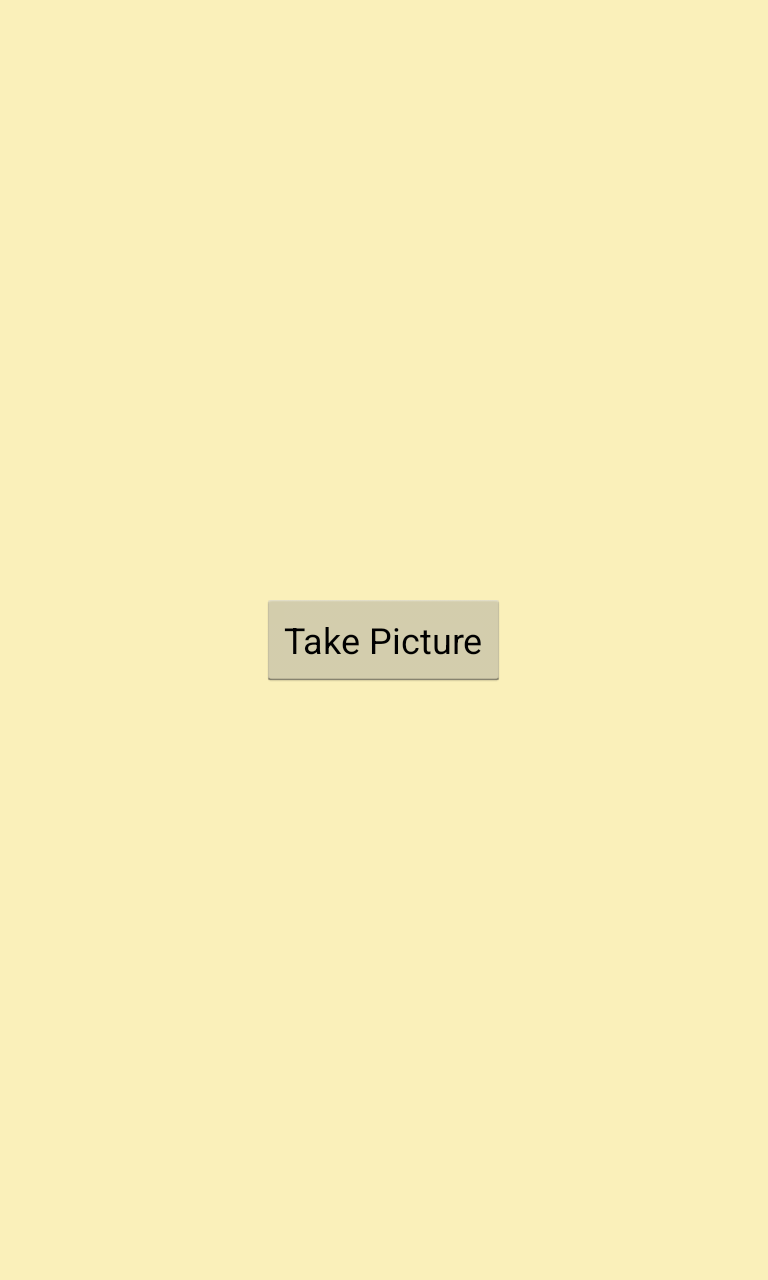
Repository: jemcphe/MDF3
Layout: Week2 Project/Pictcha/res/layout/activity_main.xml
These files come from the project's save history. The layout is drawn as it stood at one moment and after the next save; the edit follows.
It is drawn on a 768 x 1280 px phone screen (xhdpi) without system bars, with theme AppTheme; the app's code is not run.

Above is the layout before, as saved 2013-07-18 00:08:34.

### Week2 Project/Pictcha/res/layout/activity_main.xml
<RelativeLayout xmlns:android="http://schemas.android.com/apk/res/android"
    xmlns:tools="http://schemas.android.com/tools"
    android:layout_width="match_parent"
    android:layout_height="match_parent"
    android:paddingBottom="@dimen/activity_vertical_margin"
    android:paddingLeft="@dimen/activity_horizontal_margin"
    android:paddingRight="@dimen/activity_horizontal_margin"
    android:paddingTop="@dimen/activity_vertical_margin"
    tools:context=".MainActivity"
    android:background="#faf0ba" >

    <Button
        android:id="@+id/button1"
        android:layout_width="wrap_content"
        android:layout_height="wrap_content"
        android:layout_centerHorizontal="true"
        android:layout_centerVertical="true"
        android:text="Take Picture" />

</RelativeLayout>

Loaded but not shown: Week2 Project/Pictcha/res/values/styles.xml (common file); Week2 Project/Pictcha/res/values-v11/styles.xml (common file); Week2 Project/Pictcha/res/values-v14/styles.xml (common file); Week2 Project/Pictcha/res/values/dimens.xml (common file)

After the next save:
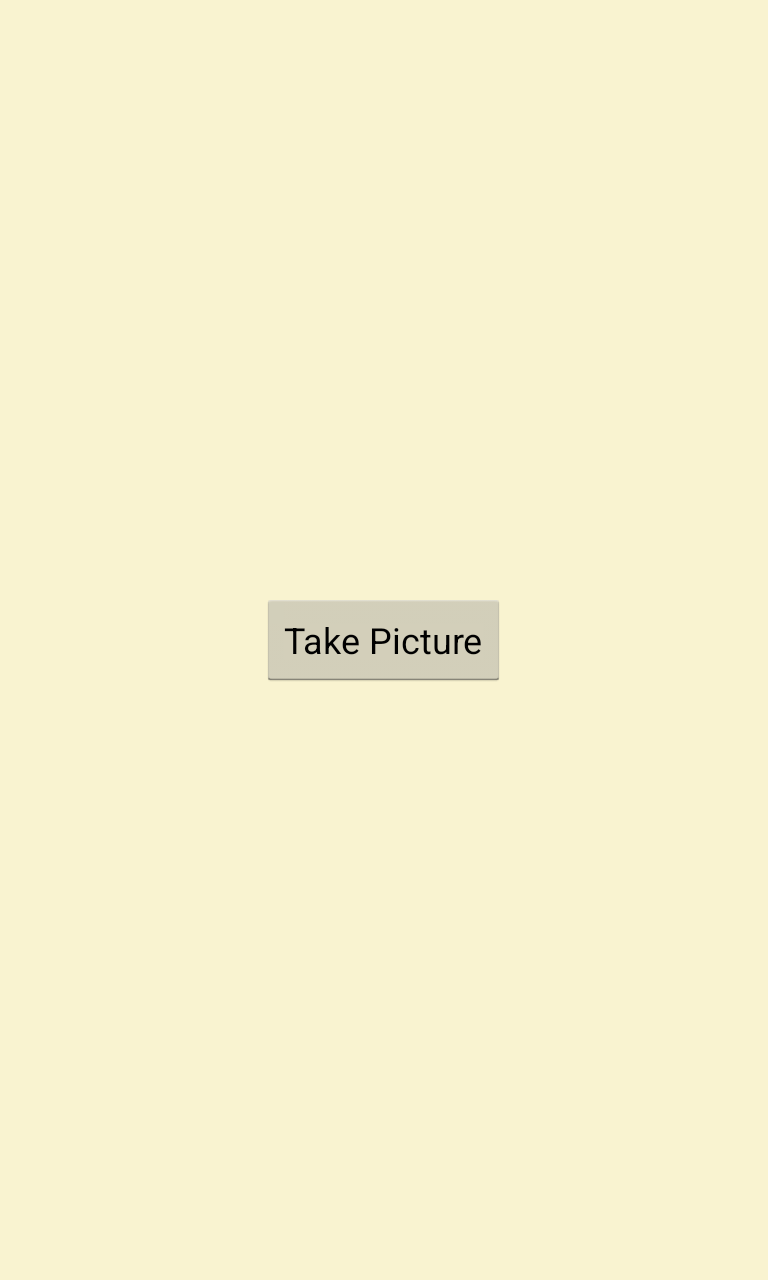
Saved 47 s later.
--- a/Week2 Project/Pictcha/res/layout/activity_main.xml
+++ b/Week2 Project/Pictcha/res/layout/activity_main.xml
@@ -7,7 +7,7 @@
     android:paddingRight="@dimen/activity_horizontal_margin"
     android:paddingTop="@dimen/activity_vertical_margin"
     tools:context=".MainActivity"
-    android:background="#faf0ba" >
+    android:background="#f9f3d0" >
 
     <Button
         android:id="@+id/button1"
